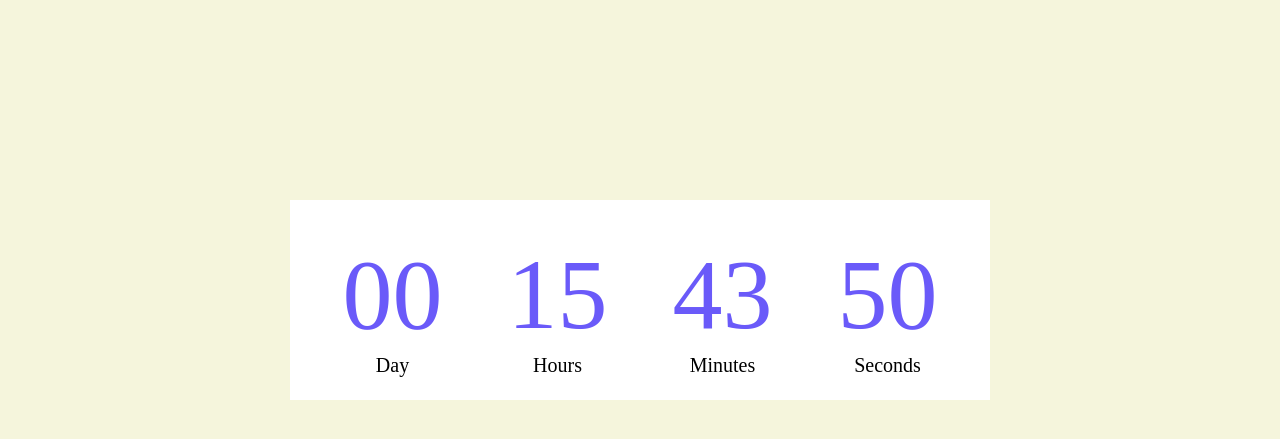
Repository: tienbkvn0605/counddown-demo
Page: index.html
An editor plug-in stored every save of this project. The page is shown before and after the next save, followed by the edit.
The browser window is 1280 px wide. The pictures show the whole page.

Above is the page before, as saved 2023-01-28 23:55:03.

### index.html
<!DOCTYPE html>
<html lang="en">
  <head>
    <meta charset="UTF-8" />
    <meta http-equiv="X-UA-Compatible" content="IE=edge" />
    <meta name="viewport" content="width=device-width, initial-scale=1.0" />
    <link rel="stylesheet" href="resetcss.css" />
    <link rel="stylesheet" href="style.css" />
    <title>Document</title>
  </head>
  <body>
    <ul class="countdown">
      <li>
        <span class="number days">0</span>
        <span class="text">Day</span>
      </li>
      <li>
        <span class="number hours">0</span>
        <span class="text">Hours</span>
      </li>
      <li>
        <span class="number minutes">0</span>
        <span class="text">Minutes</span>
      </li>
      <li>
        <span class="number seconds">0</span>
        <span class="text">Seconds</span>
      </li>
    </ul>
  </body>
  <script src="app2.js"></script>
</html>

### resetcss.css
*,
*::before,
*::after {
  box-sizing: border-box;
}
* {
  margin: 0;
  padding: 0;
  font: inherit;
}
body {
  line-height: 1.5;
}
img,
picture,
video,
canvas,
svg {
  display: block;
  max-width: 100%;
}
input,
button,
textarea,
select {
  outline: none;
}
p,
h1,
h2,
h3,
h4,
h5,
h6 {
  overflow-wrap: break-word;
}

### style.css
body {
  background-color: beige;
}
ul {
  list-style: none;
}
.countdown {
  width: 700px;
  height: 200px;
  margin: 200px auto;
  background-color: white;
  display: grid;
  grid-template-columns: repeat(4, 1fr);
  padding: 20px;
}
.countdown li {
  display: flex;
  align-items: center;
  flex-direction: column;
}
.number {
  font-size: 100px;
  color: #6a5af9;
  margin-bottom: -20px;
}
.text {
  font-size: 20px;
}

### app2.js
window.addEventListener("load", function () {
  const daysTime = document.querySelector(".days");
  const hoursTime = document.querySelector(".hours");
  const minutesTime = document.querySelector(".minutes");
  const secondsTime = document.querySelector(".seconds");

  function countDow(date) {
    const endDate = new Date(date).getTime();
    const currentTime = new Date().getTime();
    if (isNaN(endDate) || endDate - currentTime < 0) return console.log("err");
    setInterval(function () {
      let days, hours, minutes, seconds;
      const now = new Date();
      const startDate = now.getTime();
      let timeRemaning = parseInt((endDate - startDate) / 1000);
      if (timeRemaning >= 0) {
        days = parseInt(timeRemaning / 86400);
        timeRemaning = timeRemaning % 86400;
        hours = parseInt(timeRemaning / 3600);
        timeRemaning = timeRemaning % 3600;
        minutes = parseInt(timeRemaning / 60);
        timeRemaning = parseInt(timeRemaning % 60);
        seconds = parseInt(timeRemaning);
        daysTime.textContent = `0${days}`.slice(-2);
        hoursTime.textContent = `0${hours}`.slice(-2);
        minutesTime.textContent = `0${minutes}`.slice(-2);
        secondsTime.textContent = `0${seconds}`.slice(-2);
      } else {
        console.log("err");
      }
    }, 1000);
  }
  countDow("Wed Oct 10 2025 00:00:00 GMT+0900 (Japan Standard Time)");
});

// countDown("Wed Oct 07 2022 00:00:00 GMT+0900 (Japan Standard Time)");

After the next save:
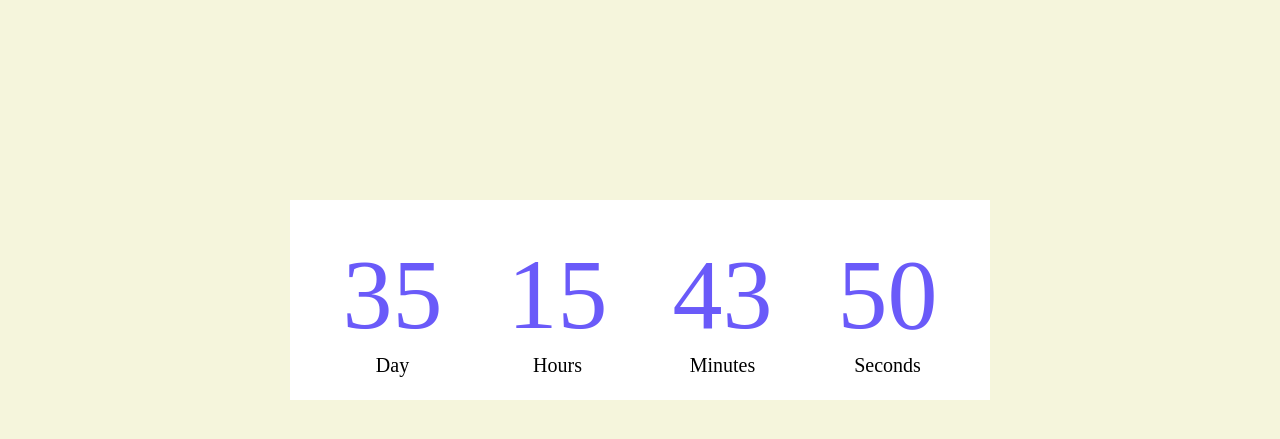
Saved 23 s later.
--- a/app2.js
+++ b/app2.js
@@ -30,7 +30,7 @@ window.addEventListener("load", function () {
       }
     }, 1000);
   }
-  countDow("Wed Oct 10 2025 00:00:00 GMT+0900 (Japan Standard Time)");
+  countDow("Wed Oct 10 2024 00:00:00 GMT+0900 (Japan Standard Time)");
 });
 
 // countDown("Wed Oct 07 2022 00:00:00 GMT+0900 (Japan Standard Time)");
